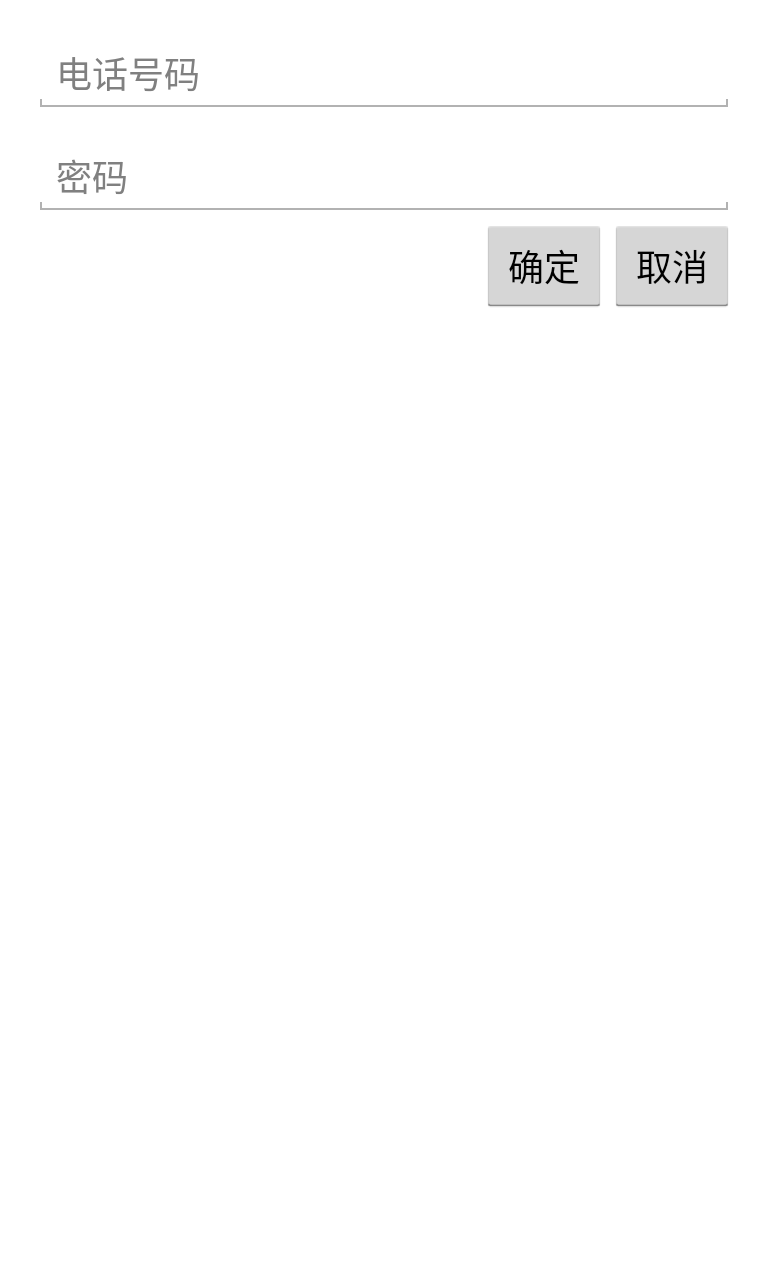
Repository: sonyi/androidClass
Layout: androidClass/day03/ViewTest/res/layout/activity_main.xml
An editor plug-in stored every save of this project. The layout is shown before and after the next save, followed by the edit.
It is drawn on a 768 x 1280 px phone screen (xhdpi) without system bars, with theme AppTheme; the app's code is not run.

Above is the layout before, as saved 2014-05-28 07:22:12.

After the next save:
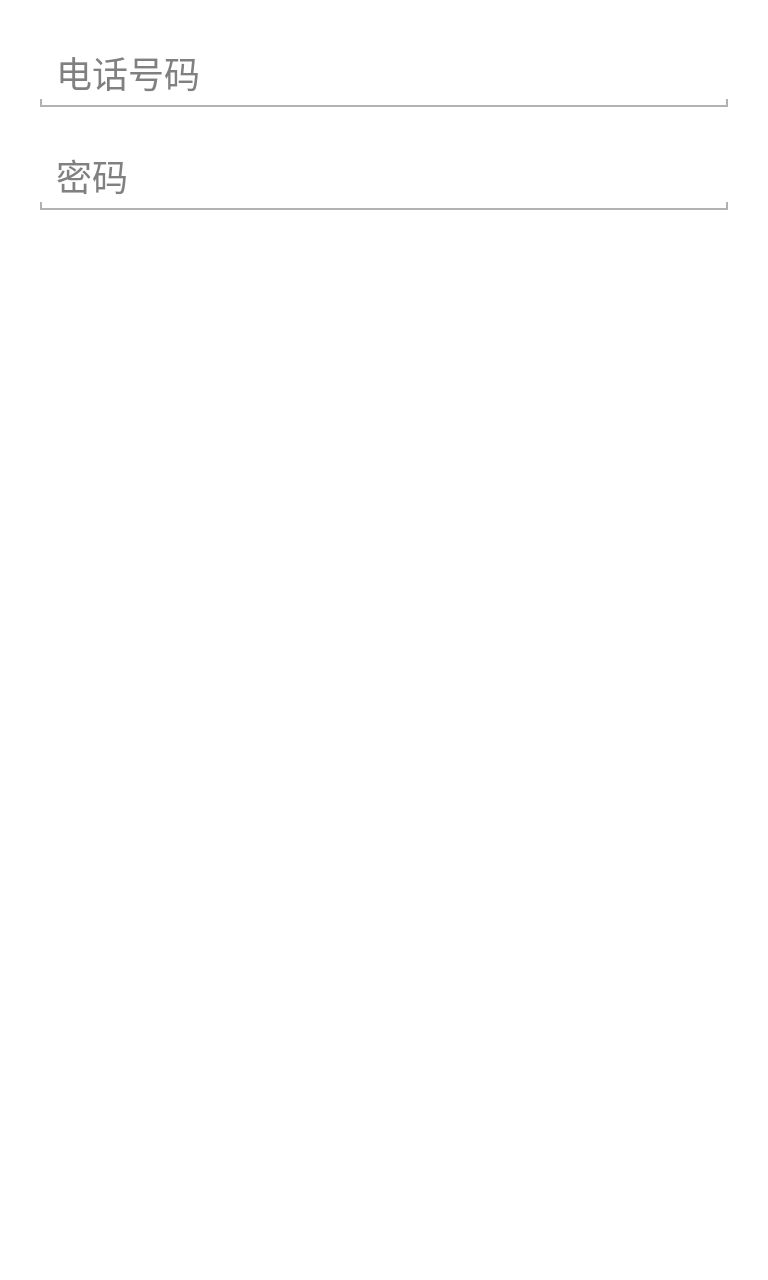
Saved 36 min 10 s later.
--- a/androidClass/day03/ViewTest/res/layout/activity_main.xml
+++ b/androidClass/day03/ViewTest/res/layout/activity_main.xml
@@ -26,20 +26,23 @@
         android:inputType="textPassword"
         android:maxLength="30" />
 
+      <Button
+        android:id="@+id/id_ok"
+        android:layout_width="0dp"
+        android:layout_height="wrap_content"
+        android:width="1"
+        android:layout_below="@id/et_password"
+        android:text="确定" />
+
     <Button
         android:id="@+id/id_quit"
-        android:layout_width="wrap_content"
+        android:layout_width="0dp"
         android:layout_height="wrap_content"
-        android:layout_alignParentRight="true"
         android:layout_below="@id/et_password"
+        android:layout_toRightOf="@id/id_ok"
+        android:width="1"
         android:text="取消" />
 
-    <Button
-        android:id="@+id/id_ok"
-        android:layout_width="wrap_content"
-        android:layout_height="wrap_content"
-        android:layout_toLeftOf="@id/id_quit"
-        android:layout_alignTop="@id/id_quit"
-        android:text="确定" />
+
 
 </RelativeLayout>
